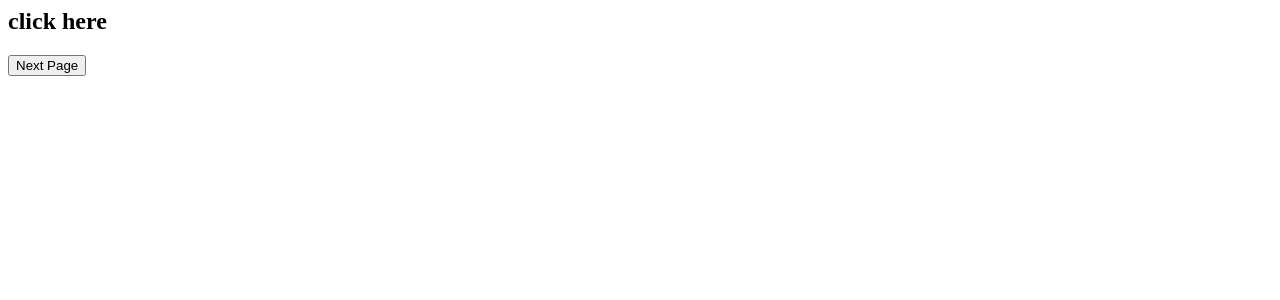
Repository: ankitajoshi060/Spring-MVC
Page: http://localhost/SpringMvcXmlConfiguration/
An editor plug-in stored every save of this project. The page is shown before and after the next save, followed by the edit.
The browser window is 1280 px wide. The pictures show the whole page.
The page is served by Tomcat 9. Other server files are loaded and not shown.

Above is the page before, as saved 2024-01-21 13:51:48.

### SpringMvcXmlConfiguration/src/main/webapp/index.jsp
<html>
<body>

<h2>click here</h2>
<form action="click">
<input type="submit" value="Next Page">
</form>
</body>
</html>

After the next save:
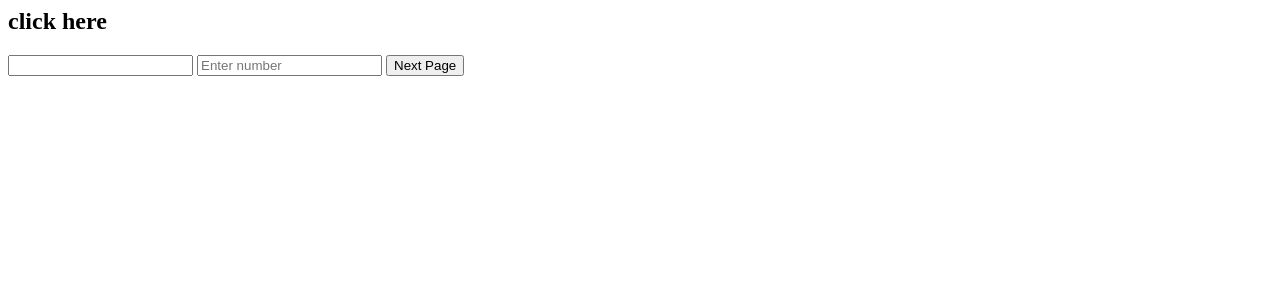
Saved 3 min 58 s later.
--- a/SpringMvcXmlConfiguration/src/main/webapp/index.jsp
+++ b/SpringMvcXmlConfiguration/src/main/webapp/index.jsp
@@ -3,6 +3,8 @@
 
 <h2>click here</h2>
 <form action="click">
+<input type="number" palceholder="Enter number">
+<input type="number" placeholder="Enter number">
 <input type="submit" value="Next Page">
 </form>
 </body>
